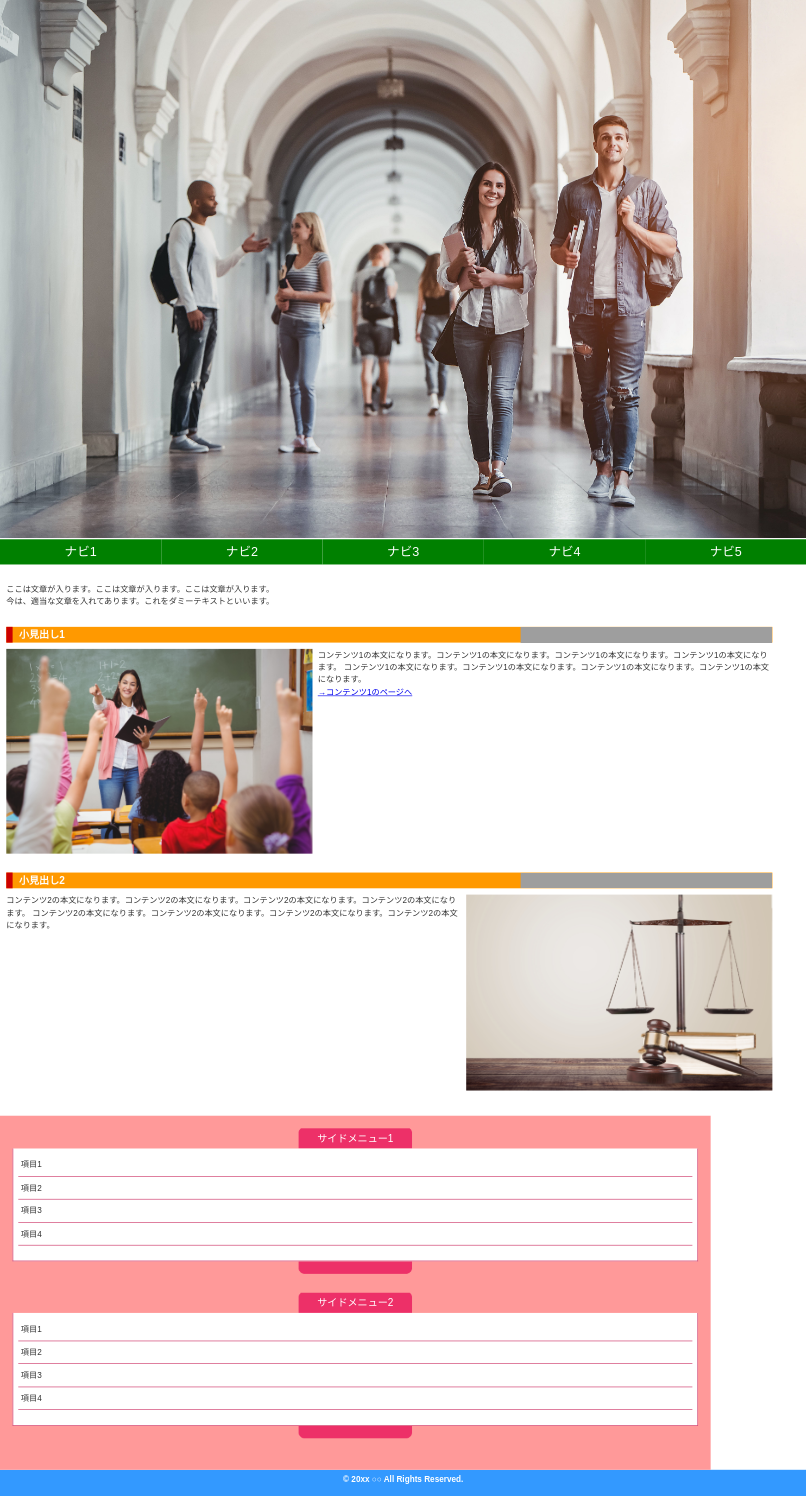
Repository: neomiyake/samurai_HTML-CSS
Page: 4章/home.html
The author's editor kept a record of every edit. The page is drawn from the files as they stood at one moment, then again after the next edit.
The browser window is 1280 px wide. The pictures show the whole page, at 63% of full size.
Pictures or frames that could not be fetched are drawn as grey boxes.

Above is the page before.

After the next edit:
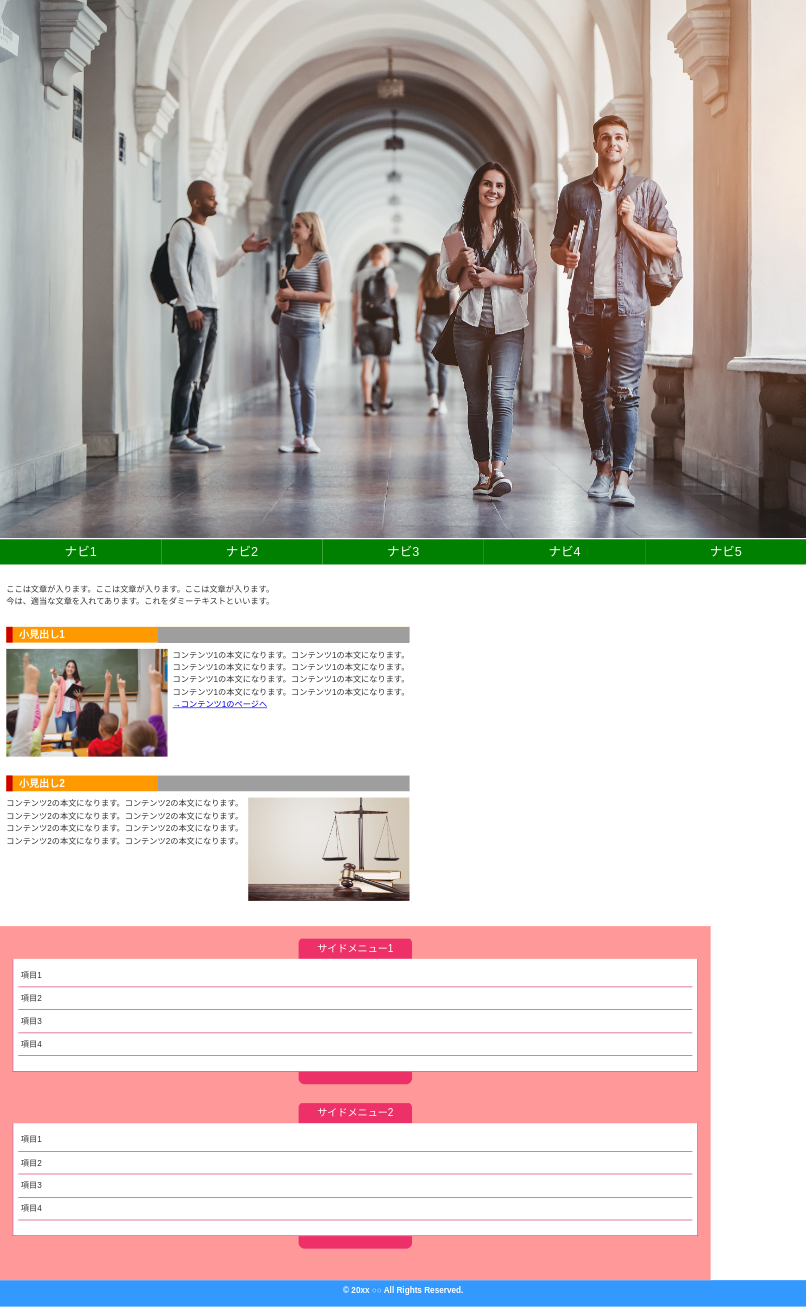
The edit:
--- a/4章/stylesheet.css
+++ b/4章/stylesheet.css
@@ -88,7 +88,7 @@
  }
  /* -------------------- main -------------------- */
  #main {
-     width: 95%; /*containerにグリッド適用に伴い追加*/
+     width: 50%; /*containerにグリッド適用に伴い追加*/
 	 /*float: left;*/ /*containerにグリッド適用に伴いコメントアウト*/
 	 /*width: 60%;*/ /*containerにグリッド適用に伴いコメントアウト*/
 	 padding: 10px 30px 10px 10px;
